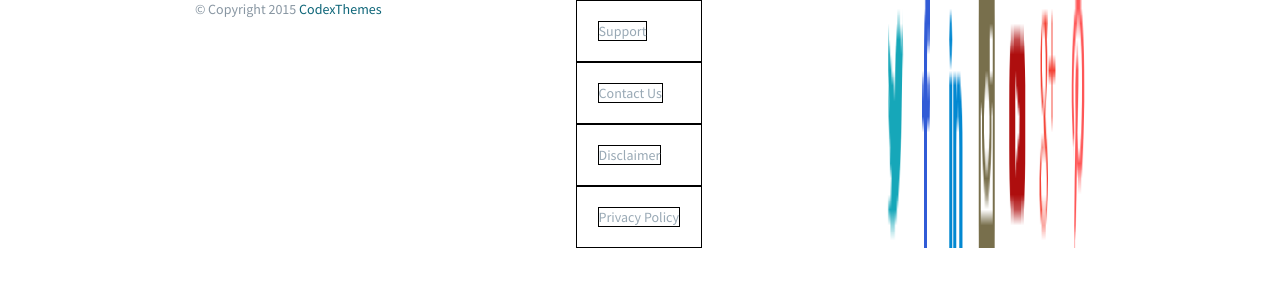
Repository: flylessbird/shop_cart
Page: html/footer.html
The author's editor kept a copy of each file at every save. The page is drawn from the files as they stood at one save, then again after the next save.
The browser window is 1280 px wide. The pictures show the whole page.
The style sheet was rebuilt from its Sass, Less or Tailwind sources for each picture, by a compiler version that may differ from the author's.

Above is the page before, as saved 2022-05-10 15:38:50.

After the next save:
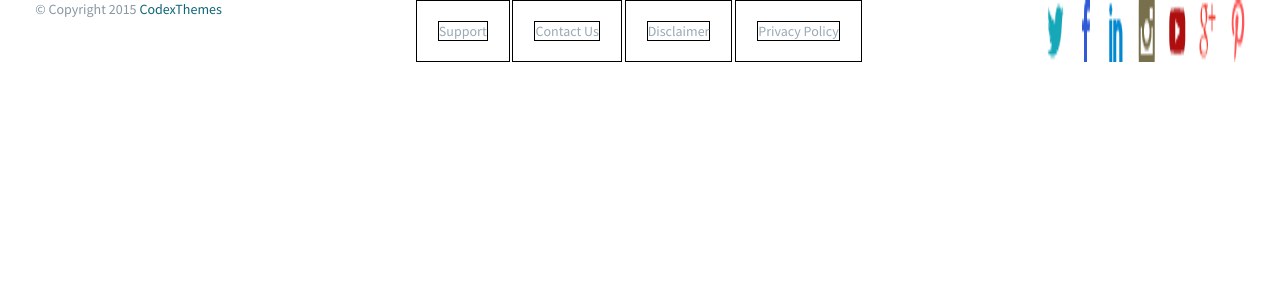
Saved 4 s later.
--- a/css/footer.scss
+++ b/css/footer.scss
@@ -20,7 +20,7 @@
       padding: 21px;
       border: 1px solid #000;
       list-style-type: none;
-      d
+      display: inline-block;
       &:not(:nth-child(4)) {
         // border-right: 1px solid $grey_ava;
       }
